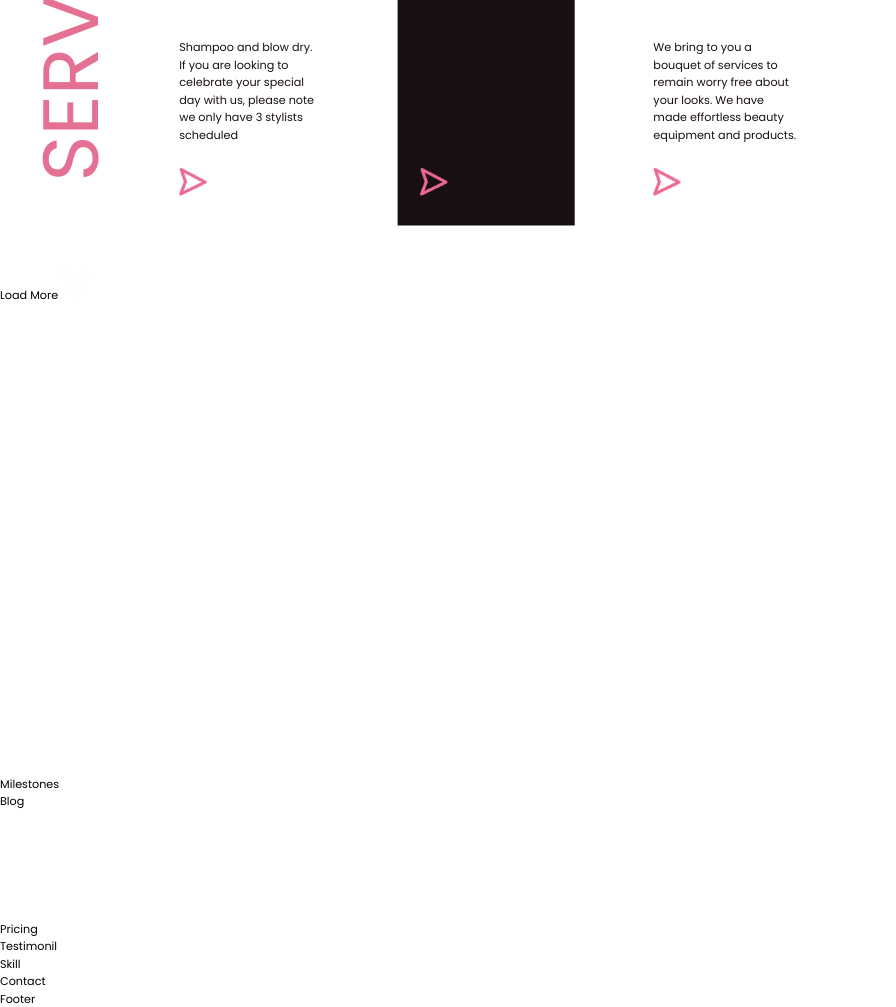
Repository: OmniaRafat232111121/animateSalon
Page: /
An editor plug-in stored every save of this project. The page is shown before and after a run of saves, followed by the edit.
The browser window is 1280 px wide. The pictures show the part of the page from y = 1213 to 3133 px (the page is 2652 px tall before and 3133 px after), at 70% of full size.
The project was rebuilt for these pictures with package versions that can differ from the ones it lists, and the page was loaded fresh each time. Also part of the build but not shown: src/components/ScrollTop.jsx.

Above is the page before, as saved 2022-07-26 14:43:40.

After the next 2 saves:
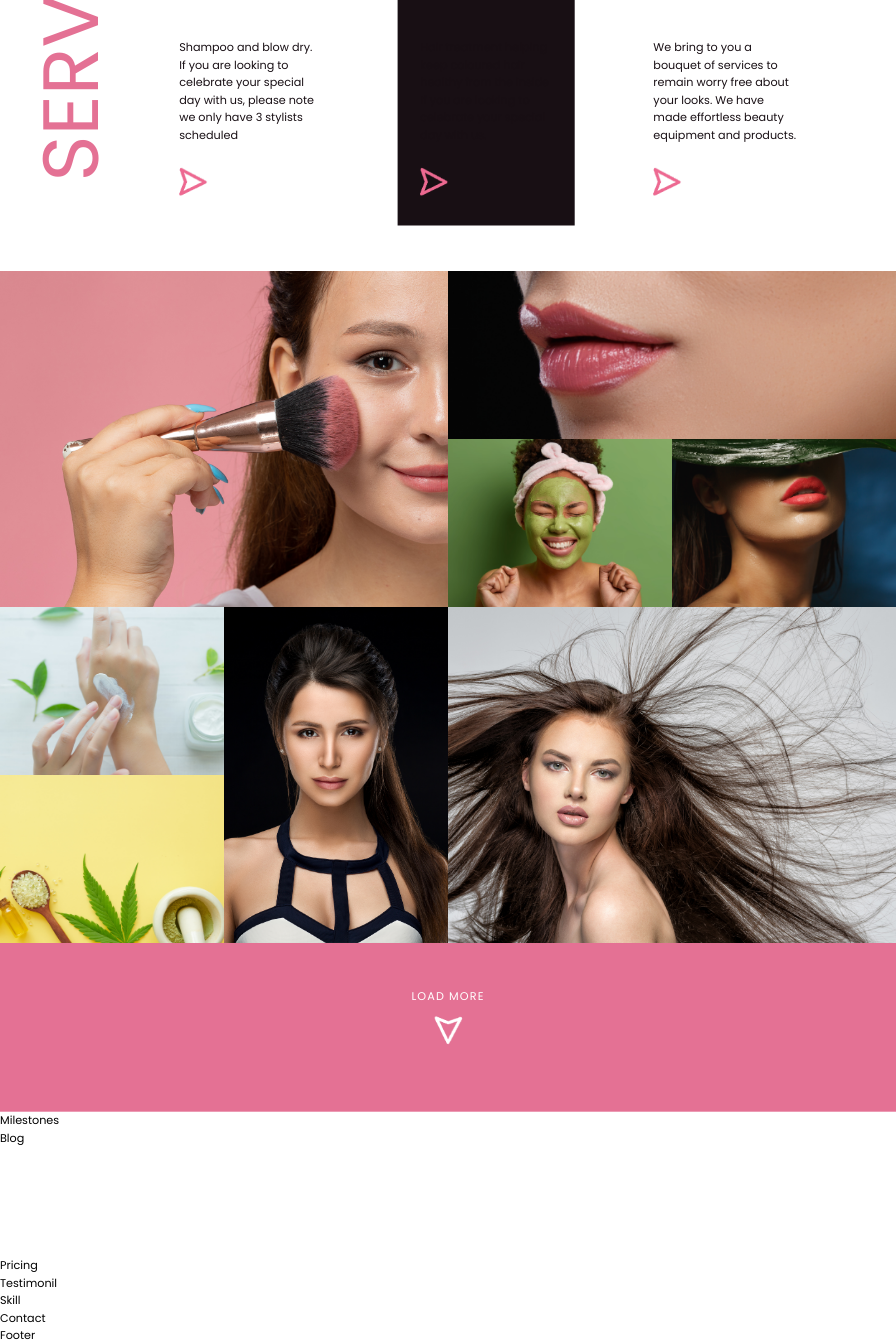
The 2 saves are shown as one change because 1 did not build or start.
The last was saved 45 s later.
--- a/src/components/Portfolio.jsx
+++ b/src/components/Portfolio.jsx
@@ -33,6 +33,100 @@
 
 const Section=styled.section `
 min-height:100vh;
+min-height: 100vh;
+padding-bottom: 2rem;
+background-color: var(--secondary-color);
+.grid {
+  display: grid;
+  grid-template-columns: repeat(4, 1fr);
+  grid-template-areas:
+  "one one two two"
+  "one one three four"
+  "five six seven seven"
+  "eight six seven seven";
+  .grid-box {
+    height: 15rem;
+    width: 100%;
+    cursor: pointer;
+    &:nth-of-type(1) {
+      grid-area: one;
+      background: url(${portfolio3}) no-repeat right center;
+      background-size: cover;
+      height: 100%;
+      z-index: 10;
+    }
+    &:nth-of-type(2) {
+      grid-area: two;
+      background: url(${portfolio4}) no-repeat center center;
+      background-size: cover;
+      z-index: 10;
+    }
+    &:nth-of-type(3) {
+      grid-area: three;
+      background: url(${portfolio5}) no-repeat right center;
+      background-size: cover;
+    }
+    &:nth-of-type(4) {
+      grid-area: four;
+      background: url(${portfolio10}) no-repeat center center;
+      background-size: cover;
+    }
+    &:nth-of-type(5) {
+      z-index: 10;
+      grid-area: five;
+      background: url(${portfolio7}) no-repeat right center;
+      background-size: cover;
+    }
+    &:nth-of-type(6) {
+      grid-area: six;
+      background: url(${portfolio8}) no-repeat center center;
+      background-size: cover;
+      height: 100%;
+    }
+    &:nth-of-type(7) {
+      grid-area: seven;
+      background: url(${portfolio9}) no-repeat right center;
+      background-size: cover;
+      height: 100%;
+    }
+    &:nth-of-type(8) {
+      grid-area: eight;
+      background: url(${portfolio6}) no-repeat right center;
+      background-size: cover;
+      z-index: 10;
+    }
+  }
+}
+.portfolio-more {
+  display: flex;
+  flex-direction: column;
+  align-items: center;
+  gap: 1rem;
+  margin: 4rem 0;
+  span {
+    color: #fff;
+    letter-spacing: 0.1rem;
+    text-transform: uppercase;
+  }
+}
+@media screen and (min-width: 280px) and (max-width: 1080px) {
+  .grid {
+    padding: 0;
+    grid-template-columns: 1fr;
+    grid-template-areas:
+    "one"
+    "two"
+    "three"
+    "four"
+    "five"
+    "six"
+    "seven"
+    "eight";
+    .grid-box {
+      height: 25rem !important;
+    }
+  }
+}
+`;
 
-`;
 export default Portfolio

After the 2 saves that followed:
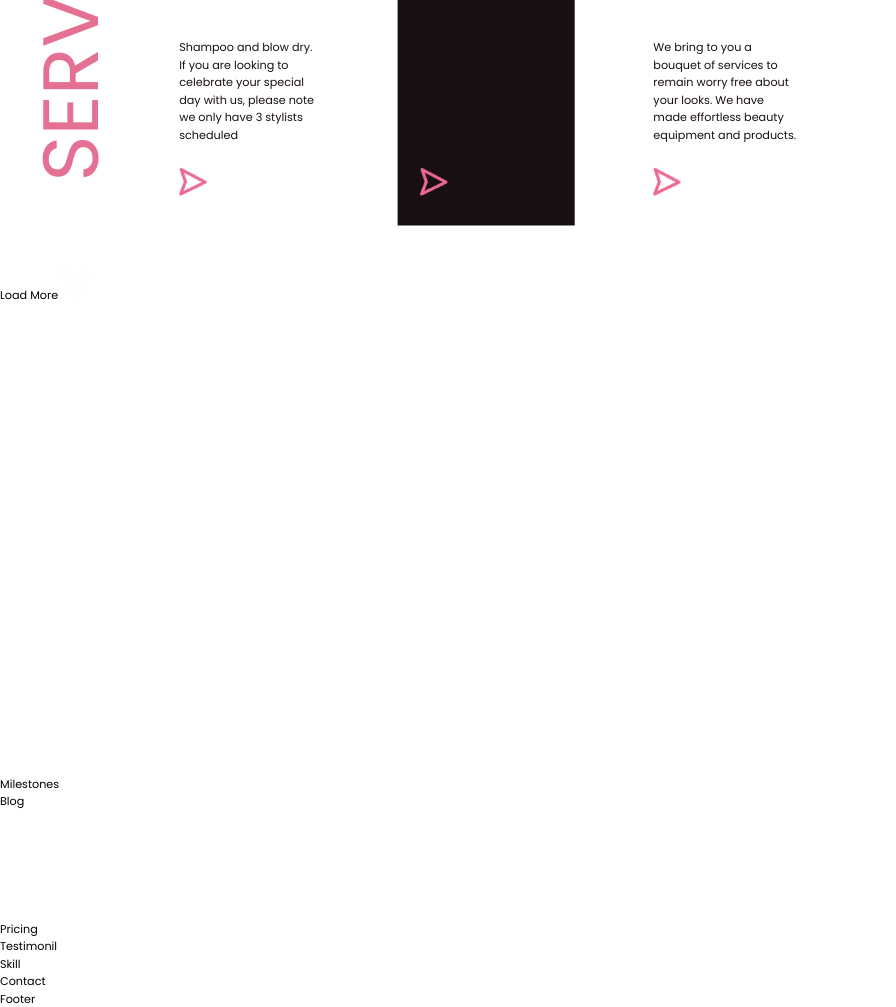
The 2 saves are shown as one change because they came seconds apart.
The last was saved 19 s later.
--- a/src/components/Portfolio.jsx
+++ b/src/components/Portfolio.jsx
@@ -33,100 +33,7 @@
 
 const Section=styled.section `
 min-height:100vh;
-min-height: 100vh;
-padding-bottom: 2rem;
-background-color: var(--secondary-color);
-.grid {
-  display: grid;
-  grid-template-columns: repeat(4, 1fr);
-  grid-template-areas:
-  "one one two two"
-  "one one three four"
-  "five six seven seven"
-  "eight six seven seven";
-  .grid-box {
-    height: 15rem;
-    width: 100%;
-    cursor: pointer;
-    &:nth-of-type(1) {
-      grid-area: one;
-      background: url(${portfolio3}) no-repeat right center;
-      background-size: cover;
-      height: 100%;
-      z-index: 10;
-    }
-    &:nth-of-type(2) {
-      grid-area: two;
-      background: url(${portfolio4}) no-repeat center center;
-      background-size: cover;
-      z-index: 10;
-    }
-    &:nth-of-type(3) {
-      grid-area: three;
-      background: url(${portfolio5}) no-repeat right center;
-      background-size: cover;
-    }
-    &:nth-of-type(4) {
-      grid-area: four;
-      background: url(${portfolio10}) no-repeat center center;
-      background-size: cover;
-    }
-    &:nth-of-type(5) {
-      z-index: 10;
-      grid-area: five;
-      background: url(${portfolio7}) no-repeat right center;
-      background-size: cover;
-    }
-    &:nth-of-type(6) {
-      grid-area: six;
-      background: url(${portfolio8}) no-repeat center center;
-      background-size: cover;
-      height: 100%;
-    }
-    &:nth-of-type(7) {
-      grid-area: seven;
-      background: url(${portfolio9}) no-repeat right center;
-      background-size: cover;
-      height: 100%;
-    }
-    &:nth-of-type(8) {
-      grid-area: eight;
-      background: url(${portfolio6}) no-repeat right center;
-      background-size: cover;
-      z-index: 10;
-    }
-  }
-}
-.portfolio-more {
-  display: flex;
-  flex-direction: column;
-  align-items: center;
-  gap: 1rem;
-  margin: 4rem 0;
-  span {
-    color: #fff;
-    letter-spacing: 0.1rem;
-    text-transform: uppercase;
-  }
-}
-@media screen and (min-width: 280px) and (max-width: 1080px) {
-  .grid {
-    padding: 0;
-    grid-template-columns: 1fr;
-    grid-template-areas:
-    "one"
-    "two"
-    "three"
-    "four"
-    "five"
-    "six"
-    "seven"
-    "eight";
-    .grid-box {
-      height: 25rem !important;
-    }
-  }
-}
+
+
 `;
-
 export default Portfolio
